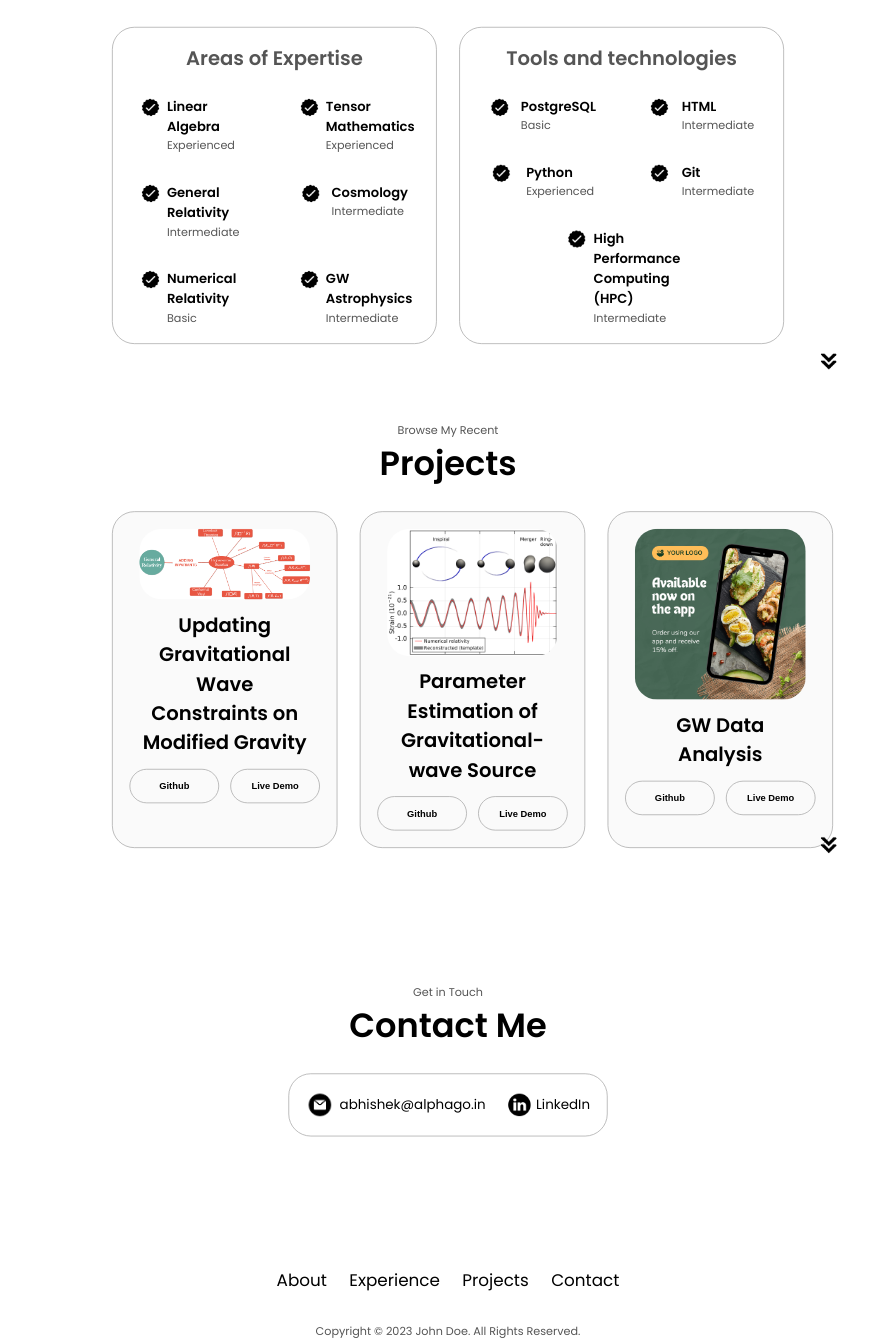
Repository: APersonalVoyage/APersonalVoyage.github.io
Page: index.html
These files come from the project's save history. The page is drawn as it stood at one moment and after the next save; the edit follows.
The browser window is 1280 px wide. The pictures show the part of the page from y = 1508 to 3428 px (the page is 3463 px tall), at 70% of full size.
A picture or video elsewhere on the page could not be fetched, so the positions and the page height are approximate.

Above is the page before, as saved 2023-08-24 12:15:29.

### index.html
<!DOCTYPE html>
<html lang="en">
  <head>
    <meta charset="UTF-8" />
    <meta http-equiv="X-UA-Compatible" content="IE=edge" />
    <meta name="viewport" content="width=device-width, initial-scale=1.0" />
    <title>My Portfolio</title>
    <link rel="stylesheet" href="style.css" />
    <link rel="stylesheet" href="mediaqueries.css" />
  </head>
  <body>
    <nav id="desktop-nav">
      <div class="logo">Abhishek Karkola</div>
      <div>
        <ul class="nav-links">
          <li><a href="#about">About</a></li>
          <li><a href="#experience">Experience</a></li>
          <li><a href="#projects">Projects</a></li>
          <li><a href="#contact">Contact</a></li>
        </ul>
      </div>
    </nav>
    <nav id="hamburger-nav">
      <div class="logo">Abhishek Karkola</div>
      <div class="hamburger-menu">
        <div class="hamburger-icon" onclick="toggleMenu()">
          <span></span>
          <span></span>
          <span></span>
        </div>
        <div class="menu-links">
          <li><a href="#about" onclick="toggleMenu()">About</a></li>
          <li><a href="#experience" onclick="toggleMenu()">Experience</a></li>
          <li><a href="#projects" onclick="toggleMenu()">Projects</a></li>
          <li><a href="#contact" onclick="toggleMenu()">Contact</a></li>
        </div>
      </div>
    </nav>
    <section id = "profile">
        <div class="section__pic-container">
            <img src="./assets/Photo.jpeg" alt="profile" class="section__pic">
        </div>
        <div class= "section_text">
            <p class="section__text__p1">Hello, I'm</p>
        <h1 class="title">Abhishek Karkola</h1>
        <p class="section__text__p2">Gravitational Wave Physicist</p>
        <div class="btn-container">
            <button
              class="btn btn-color-2"
              onclick="window.open('./assets/Abhishek_Academic_CV.pdf')"
            >
              Download CV
            </button>
            <button class="btn btn-color-1" onclick="location.href='./#contact'">
              Contact Info
            </button>
          </div>
          <div id="socials-container">
            <img
            src="./assets/linkedin.png"
            alt="My LinkedIn profile"
            class="icon"
            onclick="location.href='https://linkedin.com/'"
          />
          <img
            src="./assets/github.png"
            alt="My Github profile"
            class="icon"
            onclick="location.href='https://github.com/'"
          />
        </div>
      </div>
          </div>

        </div>
    </section>
    <section id="about">
        <p class="section__text__p1">Get To Know More</p>
        <h1 class="title">About Me</h1>
        <div class="section-container">
          <div class="section__pic-container">
            <img
              src="./assets/Profile_Pic2.JPG"
              alt="Profile picture"
              class="about-pic"
            />
          </div>
          <div class="about-details-container">
            <div class="about-containers">
              <div class="details-container">
                <img
                  src="./assets/experience.png"
                  alt="Experience icon"
                  class="icon"
                />
                <h3>Experience</h3>
                <p>1+ years <br />Research Intern</p>
              </div>
              <div class="details-container">
                <img
                  src="./assets/education.png"
                  alt="Education icon"
                  class="icon"
                />
                <h3>Education</h3>
                <p>B.E. Electronics<br />M.Sc. GW Physics</p>
              </div>
            </div>
            <div class="text-container">
              <p>
                I hold a Masters degree in Gravitational Wave Physics from Cardiff University, where my academic journey led me to explore the captivating realms of cosmology, advanced general relativity, and numerical relativity. Prior to this, I earned a Bachelors degree in Electronics and Communication Engineering, where I developed a solid foundation in the intricate world of electronic systems and communication technologies
              </p>
            </div>
          </div>
        </div>
        <img
          src="./assets/arrow.png"
          alt="Arrow icon"
          class="icon arrow"
          onclick="location.href='./#experience'"
        />
    </section>
</section>
<section id="experience">
  <p class="section__text__p1">Explore My</p>
  <h1 class="title">Experience</h1>
  <div class="experience-details-container">
    <div class="about-containers">
      <div class="details-container">
        <h2 class="experience-sub-title">Areas of Expertise</h2>
        <div class="article-container">
          <article>
            <img
              src="./assets/checkmark.png"
              alt="Experience icon"
              class="icon"
            />
            <div>
              <h3>Linear Algebra</h3>
              <p>Experienced</p>
            </div>
          </article>
          <article>
            <img
              src="./assets/checkmark.png"
              alt="Experience icon"
              class="icon"
            />
            <div>
              <h3>Tensor Mathematics</h3>
              <p>Experienced</p>
            </div>
          </article>
          <article>
            <img
              src="./assets/checkmark.png"
              alt="Experience icon"
              class="icon"
            />
            <div>
              <h3>General Relativity</h3>
              <p>Intermediate</p>
            </div>
          </article>
          <article>
            <img
              src="./assets/checkmark.png"
              alt="Experience icon"
              class="icon"
            />
            <div>
              <h3>Cosmology</h3>
              <p>Intermediate</p>
            </div>
          </article>
          <article>
            <img
              src="./assets/checkmark.png"
              alt="Experience icon"
              class="icon"
            />
            <div>
              <h3>Numerical Relativity</h3>
              <p>Basic</p>
            </div>
          </article>
          <article>
            <img
              src="./assets/checkmark.png"
              alt="Experience icon"
              class="icon"
            />
            <div>
              <h3>GW Astrophysics</h3>
              <p>Intermediate</p>
            </div>
          </article>
        </div>
      </div>
      <div class="details-container">
        <h2 class="experience-sub-title">Tools and technologies</h2>
        <div class="article-container">
          <article>
            <img
              src="./assets/checkmark.png"
              alt="Experience icon"
              class="icon"
            />
            <div>
              <h3>PostgreSQL</h3>
              <p>Basic</p>
            </div>
          </article>
          <article>
            <img
              src="./assets/checkmark.png"
              alt="Experience icon"
              class="icon"
            />
            <div>
              <h3>HTML</h3>
              <p>Intermediate</p>
            </div>
          </article>
          <article>
            <img
              src="./assets/checkmark.png"
              alt="Experience icon"
              class="icon"
            />
            <div>
              <h3>Python</h3>
              <p>Experienced</p>
            </div>
          </article>
          <article>
            <img
              src="./assets/checkmark.png"
              alt="Experience icon"
              class="icon"
            />
            <div>
              <h3>Git</h3>
              <p>Intermediate</p>
            </div>
          </article>
          <article>
            <img
              src="./assets/checkmark.png"
              alt="Experience icon"
              class="icon"
            />
            <div>
              <h3> High Performance Computing (HPC)</h3>
              <p>Intermediate</p>
            </div>
          </article>
        </div>
      </div>
    </div>
  </div>
  <img
    src="./assets/arrow.png"
    alt="Arrow icon"
    class="icon arrow"
    onclick="location.href='./#projects'"
  />
</section>
<section id="projects">
    <p class="section__text__p1">Browse My Recent</p>
    <h1 class="title">Projects</h1>
    <div class="experience-details-container">
      <div class="about-containers">
        <div class="details-container color-container">
          <div class="article-container">
            <img
              src="./assets/10-Figure2-1.png"
              alt="Project 1"
              class="project-img"
            />
          </div>
          <h2 class="experience-sub-title project-title">Updating Gravitational Wave Constraints on Modified Gravity</h2>
          <div class="btn-container">
            <button
              class="btn btn-color-2 project-btn"
              onclick="location.href='https://github.com/APersonalVoyage/MSc_Thesis'"
            >
              Github
            </button>
            <button
              class="btn btn-color-2 project-btn"
              onclick="location.href='https://github.com/'"
            >
              Live Demo
            </button>
          </div>
        </div>
        <div class="details-container color-container">
          <div class="article-container">
            <img
              src="./assets/GW150914_IMR.png"
              alt="Project 2"
              class="project-img"
            />
          </div>
          <h2 class="experience-sub-title project-title">Parameter Estimation of Gravitational-wave Source</h2>
          <div class="btn-container">
            <button
              class="btn btn-color-2 project-btn"
              onclick="location.href='https://github.com/APersonalVoyage/GW-data-analysis'"
            >
              Github
            </button>
            <button
              class="btn btn-color-2 project-btn"
              onclick="location.href='https://github.com/'"
            >
              Live Demo
            </button>
          </div>
        </div>
        <div class="details-container color-container">
          <div class="article-container">
            <img
              src="./assets/project-3.png"
              alt="Project 3"
              class="project-img"
            />
          </div>
          <h2 class="experience-sub-title project-title">GW Data Analysis</h2>
          <div class="btn-container">
            <button
              class="btn btn-color-2 project-btn"
              onclick="location.href='https://github.com/'"
            >
              Github
            </button>
            <button
              class="btn btn-color-2 project-btn"
              onclick="location.href='https://github.com/APersonalVoyage/Data-Analysis-2022'"
            >
              Live Demo
            </button>
          </div>
        </div>
      </div>
    </div>
    <img
      src="./assets/arrow.png"
      alt="Arrow icon"
      class="icon arrow"
      onclick="location.href='./#projects'"
    />
  </section>
  <section id="contact">
    <p class="section__text__p1">Get in Touch</p>
    <h1 class="title">Contact Me</h1>
    <div class="contact-info-upper-container">
      <div class="contact-info-container">
        <img
          src="./assets/email.png"
          alt="Email icon"
          class="icon contact-icon email-icon"
        />
        <p><a href="mailto:examplemail@gmail.com">abhishek@alphago.in</a></p>
      </div>
      <div class="contact-info-container">
        <img
          src="./assets/linkedin.png"
          alt="LinkedIn icon"
          class="icon contact-icon"
        />
        <p><a href="https://www.linkedin.com">LinkedIn</a></p>
      </div>
    </div>
  </section>
  <footer>
    <nav>
      <div class="nav-links-container">
        <ul class="nav-links">
          <li><a href="#about">About</a></li>
          <li><a href="#experience">Experience</a></li>
          <li><a href="#projects">Projects</a></li>
          <li><a href="#contact">Contact</a></li>
        </ul>
      </div>
    </nav>
    <p>Copyright &#169; 2023 John Doe. All Rights Reserved.</p>
  </footer>
  <script src="script.js"></script>
</body>
</html>

### style.css
/* GENERAL */

@import url("https://fonts.googleapis.com/css2?family=Poppins:wght@300;400;500;600&display=swap");

* {
  margin: 0;
  padding: 0;
}

body {
  font-family: "Poppins", sans-serif;
}

html {
  scroll-behavior: smooth;
}

p {
  color: rgb(85, 85, 85);
}

/* TRANSITION */

a,
.btn {
  transition: all 300ms ease;
}

/* DESKTOP NAV */

nav,
.nav-links {
  display: flex;
}

nav {
  justify-content: space-around;
  align-items: center;
  height: 17vh;
}

.nav-links {
  gap: 2rem;
  list-style: none;
  font-size: 1.5rem;
}

a {
  color: black;
  text-decoration: none;
  text-decoration-color: white;
}

a:hover {
  color: grey;
  text-decoration: underline;
  text-underline-offset: 1rem;
  text-decoration-color: rgb(181, 181, 181);
}

.logo {
  font-size: 2rem;
}

.logo:hover {
  cursor: default;
}

/* HAMBURGER MENU */

#hamburger-nav {
  display: none;
}

.hamburger-menu {
  position: relative;
  display: inline-block;
}

.hamburger-icon {
  display: flex;
  flex-direction: column;
  justify-content: space-between;
  height: 24px;
  width: 30px;
  cursor: pointer;
}

.hamburger-icon span {
  width: 100%;
  height: 2px;
  background-color: black;
  transition: all 0.3 ease-in-out;
}

.menu-links {
  position: absolute;
  top: 100%;
  right: 0;
  background-color: white;
  width: fit-content;
  max-height: 0;
  overflow: hidden;
  transition: all 0.3 ease-in-out;
}

.menu-links a {
  display: block;
  padding: 10px;
  text-align: center;
  font-size: 1.5rem;
  color: black;
  text-decoration: none;
  transition: all 0.3 ease-in-out;
}

.menu-links li {
  list-style: none;
}

.menu-links.open {
  max-height: 300px;
}

.hamburger-icon.open span:first-child {
  transform: rotate(45deg) translate(10px, 5px);
}

.hamburger-icon.open span:nth-child(2) {
  opacity: 0;
}

.hamburger-icon.open span:last-child {
  transform: rotate(-45deg) translate(10px, -5px);
}

.hamburger-icon span:first-child {
  transform: none;
}

.hamburger-icon span:first-child {
  opacity: 1;
}

.hamburger-icon span:first-child {
  transform: none;
}

/* SECTIONS */

section {
    padding-top: 4vh;
    height: 96vh;
    margin: 0 10rem;
    box-sizing: border-box;
    min-height: fit-content;
  }

  .section-container {
    display: flex;
  }

  /* PROFILE SECTION */

  #profile {
    display: flex;
    justify-content: center;
    gap: 5rem;
    height: 80vh;
  }

  .section__pic-container {
    display: flex;
    height: 400px;
    width: 400px;
    margin: auto 0;
  }

  .section__text {
    align-self: center;
    text-align: center;
  }

  .section__text p {
    font-weight: 600;
  }

  .section__text__p1 {
    text-align: center;
  }

  .section__text__p2 {
    font-size: 1.75rem;
    margin-bottom: 1rem;
  }

  .title {
    font-size: 3rem;
    text-align: center;
  }

  #socials-container {
    display: flex;
    justify-content: center;
    margin-top: 1rem;
    gap: 1rem;
  }

  /* ICONS */

  .icon {
    cursor: pointer;
    height: 2rem;
  }

  /* BUTTONS */

.btn-container {
    display: flex;
    justify-content: center;
    gap: 1rem;
  }

  .btn {
    font-weight: 600;
    transition: all 300ms ease;
    padding: 1rem;
    width: 8rem;
    border-radius: 2rem;
  }

  .btn-color-1,
  .btn-color-2 {
    border: rgb(53, 53, 53) 0.1rem solid;
  }

  .btn-color-1:hover,
  .btn-color-2:hover {
    cursor: pointer;
  }

  .btn-color-1,
  .btn-color-2:hover {
    background: rgb(53, 53, 53);
    color: white;
  }

  .btn-color-1:hover {
    background: rgb(0, 0, 0);
  }

  .btn-color-2 {
    background: none;
  }

  .btn-color-2:hover {
    border: rgb(255, 255, 255) 0.1rem solid;
  }

  .btn-container {
    gap: 1rem;
  }

  /* ABOUT SECTION */

#about {
    position: relative;
  }

  .about-containers {
    gap: 2rem;
    margin-bottom: 2rem;
    margin-top: 2rem;
  }

  .about-details-container {
    justify-content: center;
    flex-direction: column;
  }

  .about-containers,
  .about-details-container {
    display: flex;
  }

  .about-pic {
    border-radius: 2rem;
  }

  .arrow {
    position: absolute;
    right: -5rem;
    bottom: 2.5rem;
  }

  .details-container {
    padding: 1.5rem;
    flex: 1;
    background: white;
    border-radius: 2rem;
    border: rgb(53, 53, 53) 0.1rem solid;
    border-color: rgb(163, 163, 163);
    text-align: center;
  }

  .section-container {
    gap: 4rem;
    height: 80%;
  }

  .section__pic-container {
    height: 400px;
    width: 400px;
    margin: auto 0;
  }

  /* EXPERIENCE SECTION */

#experience {
    position: relative;
  }

  .experience-sub-title {
    color: rgb(85, 85, 85);
    font-weight: 600;
    font-size: 1.75rem;
    margin-bottom: 2rem;
  }

  .experience-details-container {
    display: flex;
    justify-content: center;
    flex-direction: column;
  }

  .article-container {
    display: flex;
    text-align: initial;
    flex-wrap: wrap;
    flex-direction: row;
    gap: 2.5rem;
    justify-content: space-around;
  }

  article {
    display: flex;
    width: 10rem;
    justify-content: space-around;
    gap: 0.5rem;
  }

  article .icon {
    cursor: default;
  }

  /* PROJECTS SECTION */

  #projects {
    position: relative;
  }

  .color-container {
    border-color: rgb(163, 163, 163);
    background: rgb(250, 250, 250);
  }

  .project-img {
    border-radius: 2rem;
    width: 90%;
    height: 90%;
  }

  .project-title {
    margin: 1rem;
    color: black;
  }

  .project-btn {
    color: black;
    border-color: rgb(163, 163, 163);
  }

  /* CONTACT */

  #contact {
    display: flex;
    justify-content: center;
    flex-direction: column;
    height: 70vh;
  }

  .contact-info-upper-container {
    display: flex;
    justify-content: center;
    border-radius: 2rem;
    border: rgb(53, 53, 53) 0.1rem solid;
    border-color: rgb(163, 163, 163);
    background: (250, 250, 250);
    margin: 2rem auto;
    padding: 0.5rem;
  }

  .contact-info-container {
    display: flex;
    align-items: center;
    justify-content: center;
    gap: 0.5rem;
    margin: 1rem;
  }

  .contact-info-container p {
    font-size: larger;
  }

  .contact-icon {
    cursor: default;
  }

  .email-icon {
    height: 2.5rem;
  }

  /* FOOTER SECTION */

  footer {
    height: 26vh;
    margin: 0 1rem;
  }

  footer p {
    text-align: center;
  }

### mediaqueries.css


  @media screen and (max-width: 1200px) {
    #desktop-nav {
      display: none;
    }
    #hamburger-nav {
      display: flex;
    }

    #experience,
  .experience-details-container {
    margin-top: 2rem;
  }
  #profile,
  .section-container {
    display: block;
  }
  .arrow {
    display: none;
  }
  section,
  .section-container {
    height: fit-content;
  }
  section {
    margin: 0 5%;
  }
  .section__pic-container {
    width: 275px;
    height: 275px;
    margin: 0 auto 2rem;
  }
  .about-containers {
    margin-top: 0;
  }
}

@media screen and (max-width: 600px) {
  #contact,
  footer {
    height: 40vh;
  }
  #profile {
    height: 83vh;
    margin-bottom: 0;
  }
  article {
    font-size: 1rem;
  }
  footer nav {
    height: fit-content;
    margin-bottom: 2rem;
  }
  .about-containers,
  .contact-info-upper-container,
  .btn-container {
    flex-wrap: wrap;
  }
  .contact-info-container {
    margin: 0;
  }
  .contact-info-container p,
  .nav-links li a {
    font-size: 1rem;
  }
  .experience-sub-title {
    font-size: 1.25rem;
  }
  .logo {
    font-size: 1.5rem;
  }
  .nav-links {
    flex-direction: column;
    gap: 0.5rem;
    text-align: center;
  }
  .section__pic-container {
    width: auto;
    height: 46vw;
    justify-content: center;
  }
  .section__text__p2 {
    font-size: 1.25rem;
  }
  .title {
    font-size: 2rem;
  }
  .text-container {
    text-align: justify;
  }
}

Loaded but not shown: script.js (common file)

After the next save:
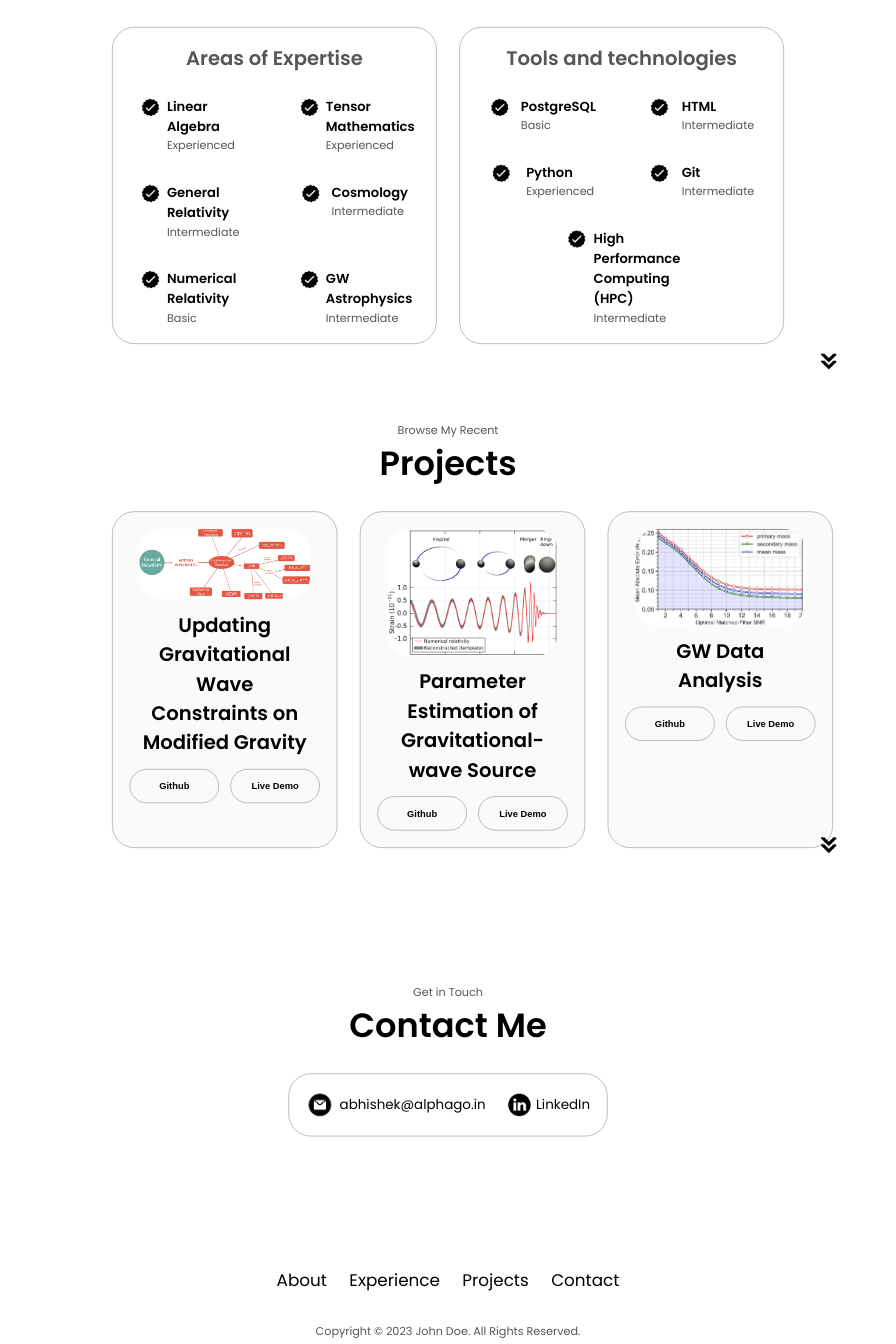
Saved 13 s later.
--- a/index.html
+++ b/index.html
@@ -322,7 +322,7 @@
         <div class="details-container color-container">
           <div class="article-container">
             <img
-              src="./assets/project-3.png"
+              src="./assets/PE.jpg"
               alt="Project 3"
               class="project-img"
             />
